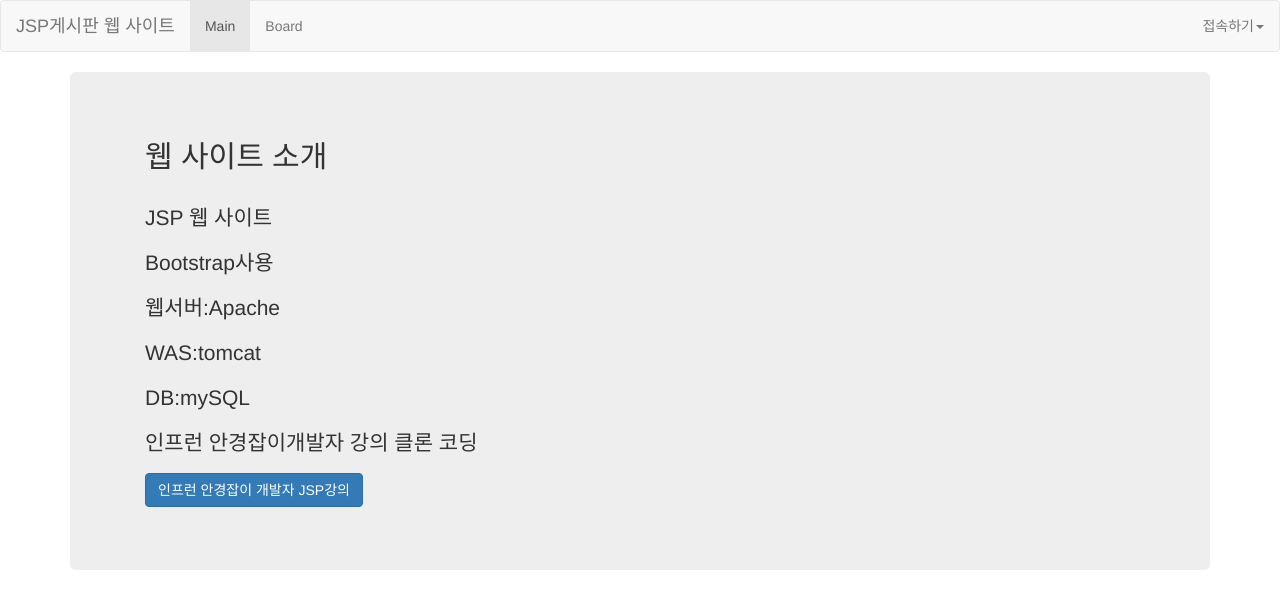
Repository: kwonsye/JSP_Board
Page: http://localhost/BBS/main.jsp
An editor plug-in stored every save of this project. The page is shown before and after the next save, followed by the edit.
The browser window is 1280 px wide. The pictures show the whole page.
Some web libraries are served in a nearby version. The page is served by Tomcat 9.

Above is the page before, as saved 2019-01-06 15:56:46.

After the next save:
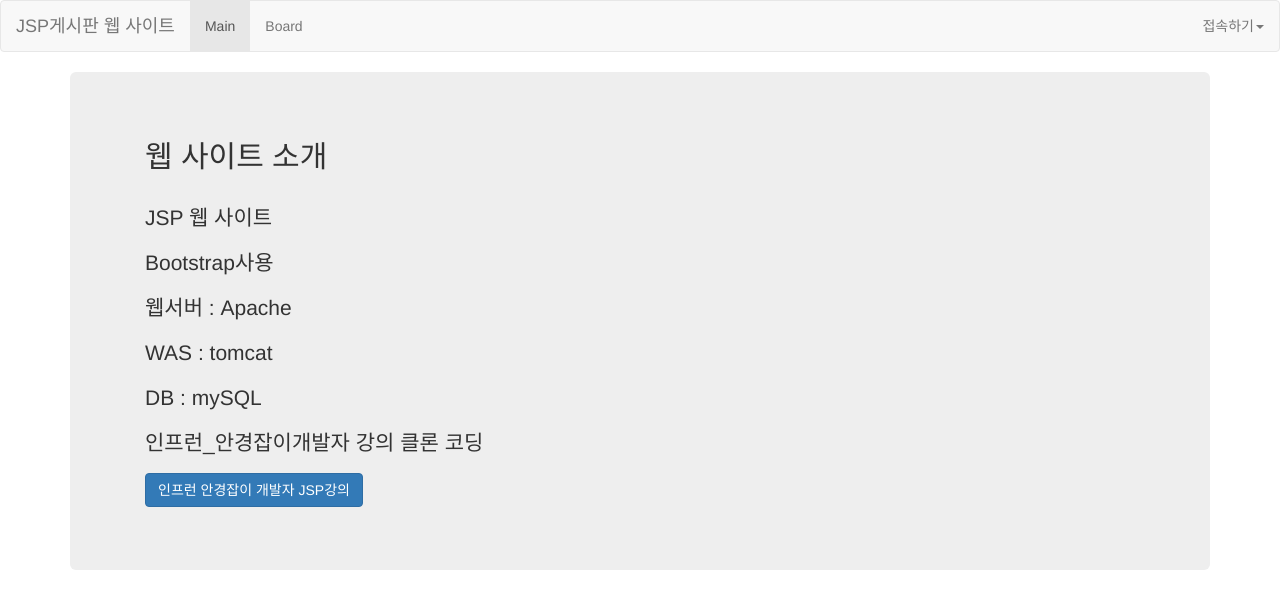
Saved 40 s later.
--- a/projects/BBS/WebContent/main.jsp
+++ b/projects/BBS/WebContent/main.jsp
@@ -80,10 +80,10 @@
 				<h2>웹 사이트 소개</h2><br>
 				<p>JSP 웹 사이트</p>
 				<p>Bootstrap사용</p>
-				<p>웹서버:Apache</p>
-				<p>WAS:tomcat</p>
-				<p>DB:mySQL</p>
-				<p>인프런 안경잡이개발자 강의 클론 코딩</p>
+				<p>웹서버 : Apache</p>
+				<p>WAS : tomcat</p>
+				<p>DB : mySQL</p>
+				<p>인프런_안경잡이개발자 강의 클론 코딩</p>
 				<p><a class="btn btn-primary btn-pull" href="https://www.inflearn.com/course/jsp-게시판" role="button">인프런 안경잡이 개발자 JSP강의</a></p>
 
 			</div>
